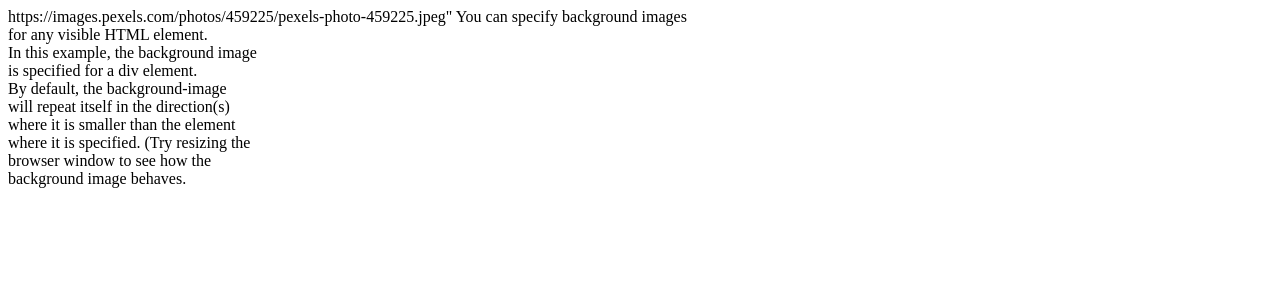
Repository: vishnu-pc/My-Website
Page: frontend/WebContent/main2.html
These files come from the project's save history. The page is drawn as it stood at one moment and after the next save; the edit follows.
The browser window is 1280 px wide. The pictures show the whole page.

Above is the page before, as saved 2019-12-25 07:29:51.

### frontend/WebContent/main2.html
<!DOCTYPE html>
<html>
<head>
<meta charset="ISO-8859-1">
<title>Insert title here</title>
</head>
<body>
https://images.pexels.com/photos/459225/pexels-photo-459225.jpeg"

You can specify background images<br>
for any visible HTML element.<br>
In this example, the background image<br>
is specified for a div element.<br>
By default, the background-image<br>
will repeat itself in the direction(s)<br>
where it is smaller than the element<br>
where it is specified. (Try resizing the<br>
browser window to see how the<br>
background image behaves.



</body>
</html>

After the next save:
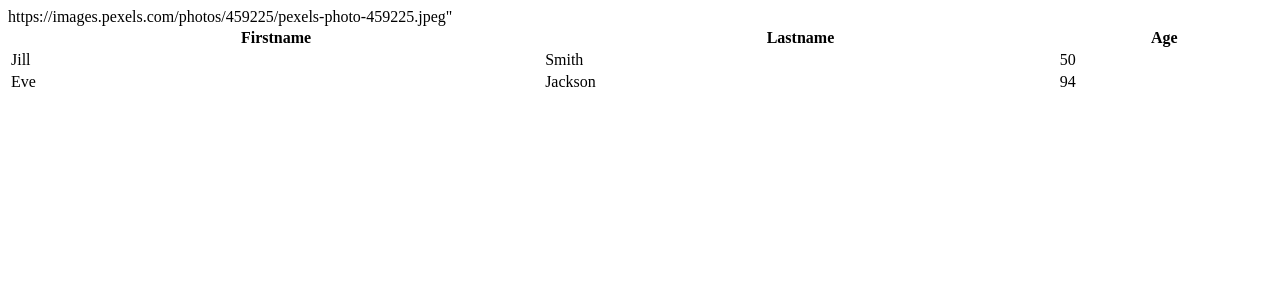
Saved 29 min 57 s later.
--- a/frontend/WebContent/main2.html
+++ b/frontend/WebContent/main2.html
@@ -7,17 +7,23 @@
 <body>
 https://images.pexels.com/photos/459225/pexels-photo-459225.jpeg"
 
-You can specify background images<br>
-for any visible HTML element.<br>
-In this example, the background image<br>
-is specified for a div element.<br>
-By default, the background-image<br>
-will repeat itself in the direction(s)<br>
-where it is smaller than the element<br>
-where it is specified. (Try resizing the<br>
-browser window to see how the<br>
-background image behaves.
-
+<table style="width:100%">
+  <tr>
+    <th>Firstname</th>
+    <th>Lastname</th>
+    <th>Age</th>
+  </tr>
+  <tr>
+    <td>Jill</td>
+    <td>Smith</td>
+    <td>50</td>
+  </tr>
+  <tr>
+    <td>Eve</td>
+    <td>Jackson</td>
+    <td>94</td>
+  </tr>
+</table>
 
 
 </body>
